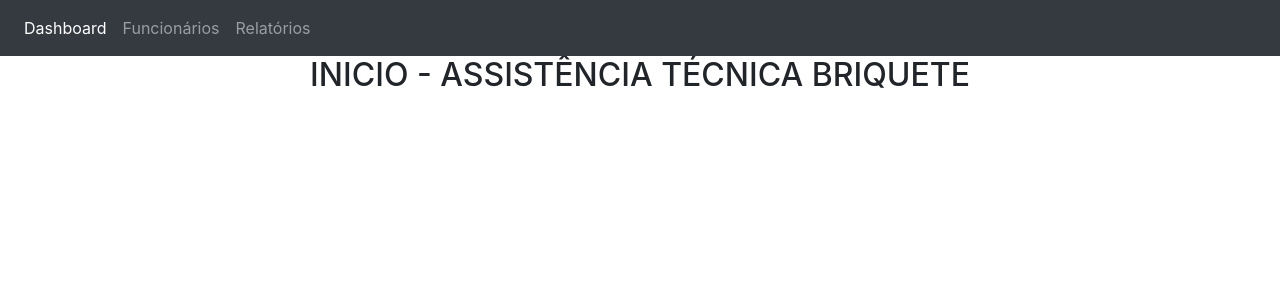
Repository: gabrielfeliphe/AssistenciaTecnica
Page: PI-AssistenciaTecnica/WebContent/pages/adm/index.html
These files come from the project's save history. The page is drawn as it stood at one moment and after the next save; the edit follows.
The browser window is 1280 px wide. The pictures show the whole page.
Some web libraries are served in a nearby version.

Above is the page before, as saved 2021-11-10 21:21:55.

After the next save:
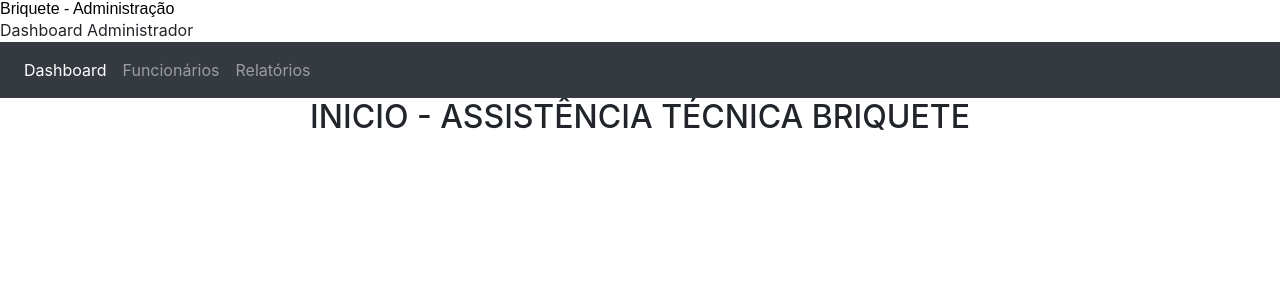
Saved 37 s later.
--- a/PI-AssistenciaTecnica/WebContent/css/admin.css
+++ b/PI-AssistenciaTecnica/WebContent/css/admin.css
@@ -1,4 +1,8 @@
 @charset "UTF-8";
+
+*{
+	display:block;
+}
 
 #box {
 	border: solid 1px black;

After the save that followed:
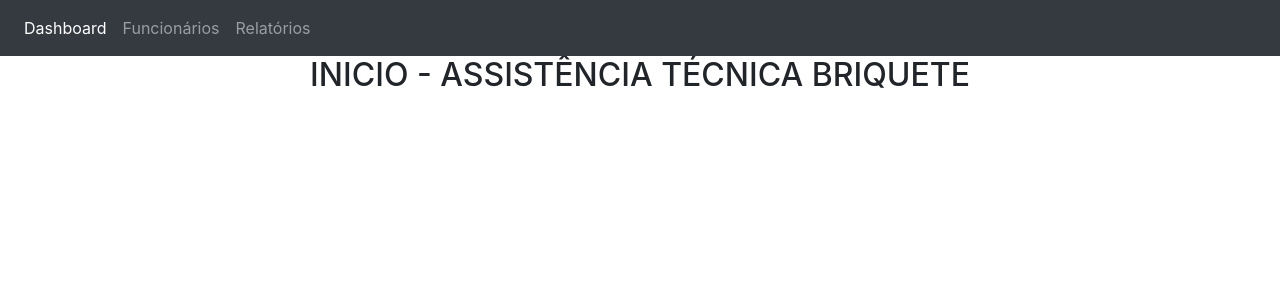
Saved 13 s later.
--- a/PI-AssistenciaTecnica/WebContent/css/admin.css
+++ b/PI-AssistenciaTecnica/WebContent/css/admin.css
@@ -1,6 +1,6 @@
 @charset "UTF-8";
 
-*{
+body{
 	display:block;
 }
 
